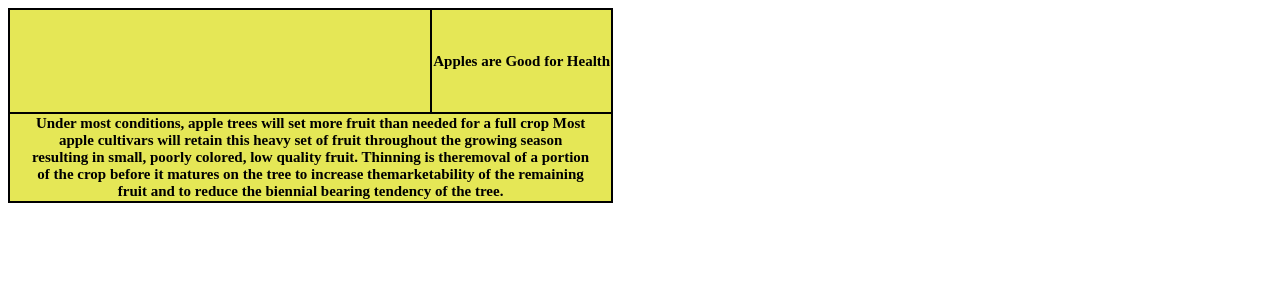
Repository: Helianthusss/Learn-CPP
Page: HTML/lap2/bai3.html
An editor plug-in stored every save of this project. The page is shown before and after the next save, followed by the edit.
The browser window is 1280 px wide. The pictures show the whole page.

Above is the page before, as saved 2021-09-22 11:38:58.

After the next save:
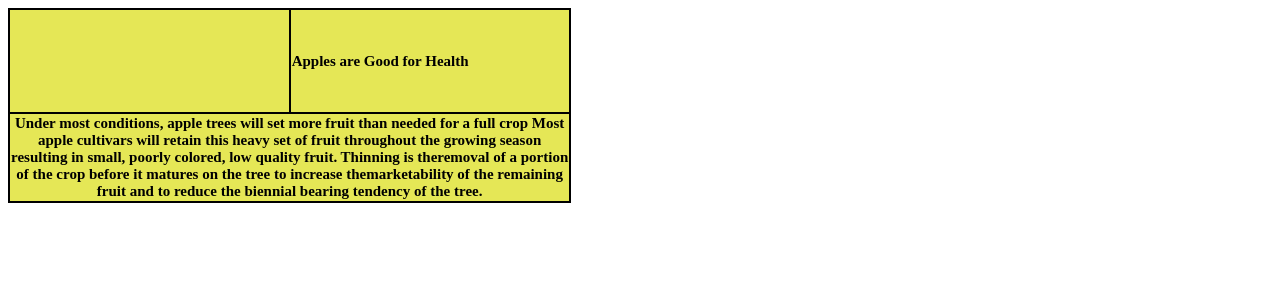
Saved 6 s later.
--- a/HTML/lap2/bai3.html
+++ b/HTML/lap2/bai3.html
@@ -26,7 +26,7 @@
   <body>
     <table style="“width: 100%”">
       <tr>
-        <th style="width:70%;>
+        <th style="width:50%;>
           <img
             class="img"
             src="https://img.lovepik.com/element/40111/3411.png_860.png"
